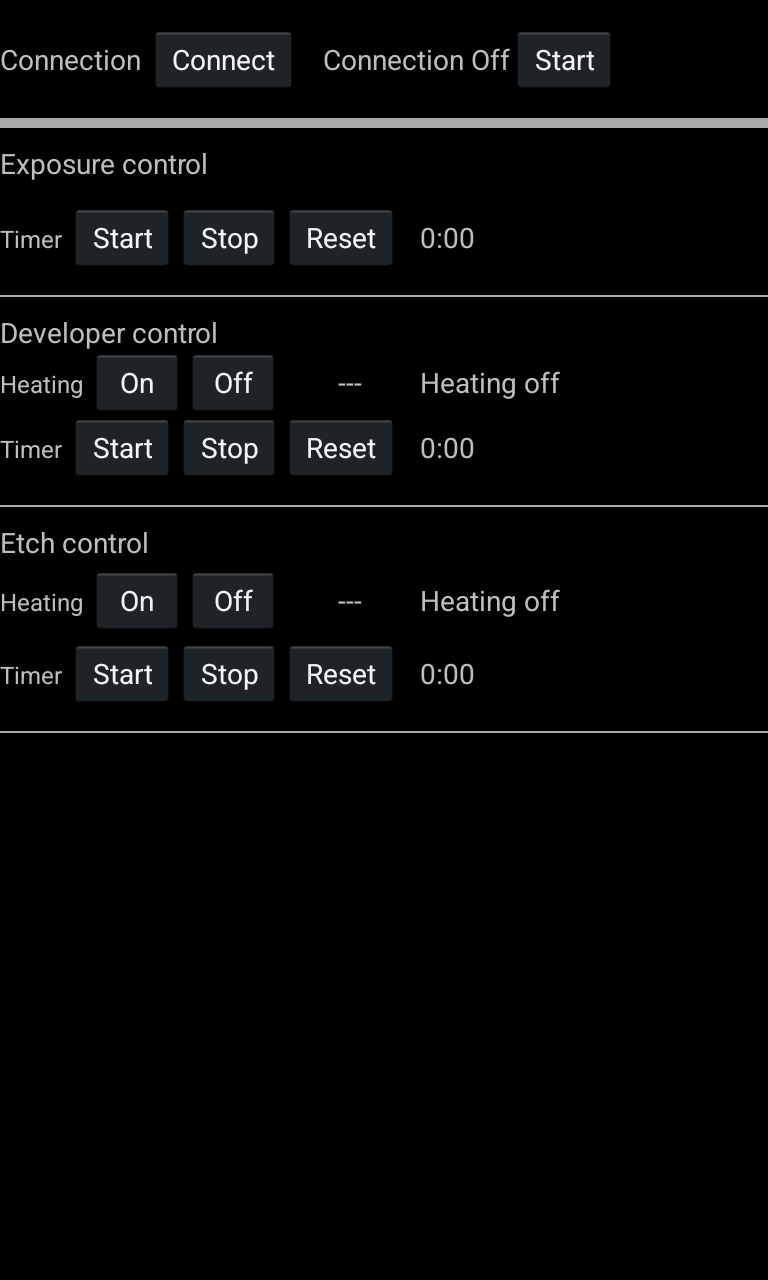
Repository: elbojvv/AndroidIO-apps
Layout: EtchControl/EtchControl/res/layout/activity_main.xml
These files come from the project's save history. The layout is drawn as it stood at one moment and after the next save; the edit follows.
It is drawn on a 768 x 1280 px phone screen (xhdpi) without system bars, with theme android:Theme.Holo; the app's code is not run.

Above is the layout before, as saved 2015-06-25 19:27:49.

After the next save:
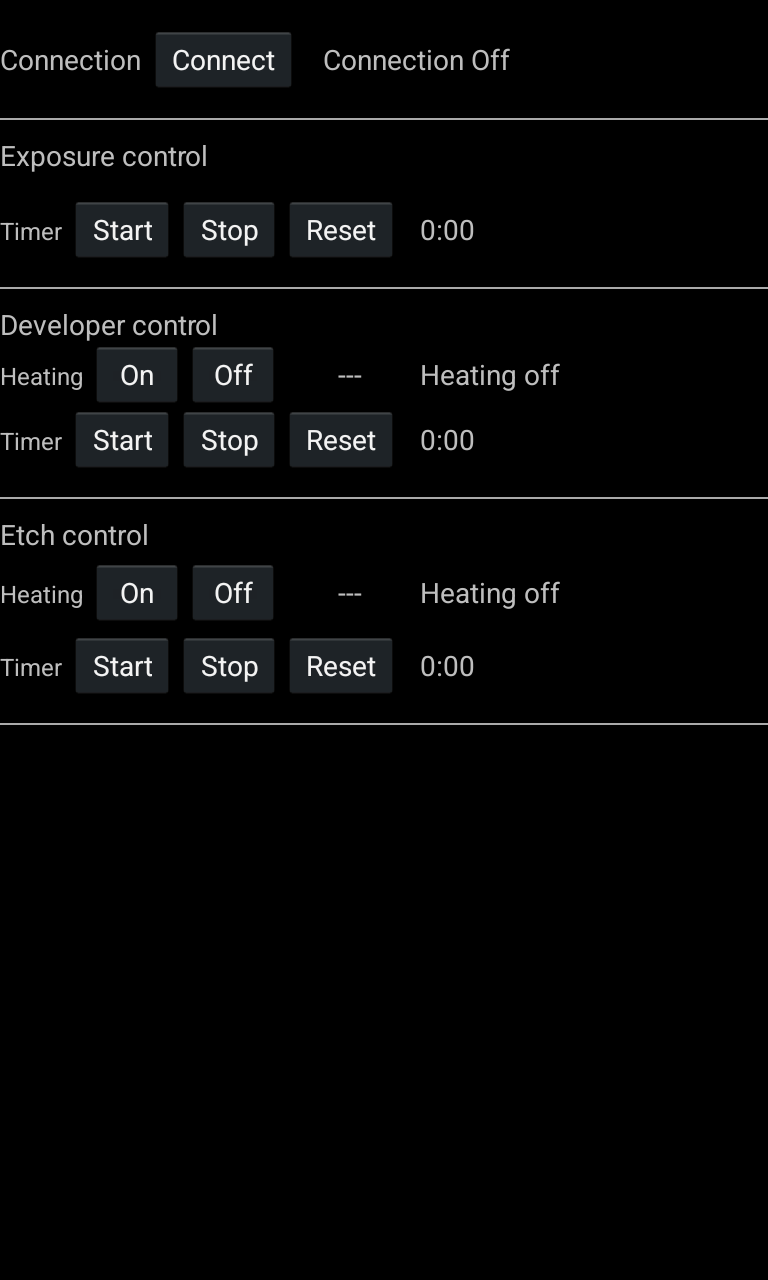
Saved 59 s later.
--- a/EtchControl/EtchControl/res/layout/activity_main.xml
+++ b/EtchControl/EtchControl/res/layout/activity_main.xml
@@ -25,8 +25,6 @@
         android:layout_alignBottom="@+id/idBTText"
         android:layout_toRightOf="@+id/idBTText"
         android:text="@string/connect" />
-
-
 
   	<TextView
 		android:id="@+id/idBTStatus"
@@ -39,24 +37,12 @@
         android:layout_toRightOf="@+id/idBTConnect"
         android:textAppearance="?android:attr/textAppearanceSmall" />
 
-     <Button
-        android:id="@+id/idExpTimerStart2"
-        style="?android:attr/buttonStyleSmall"
-        android:layout_width="wrap_content"
-        android:layout_height="wrap_content"
-		android:minHeight="0dp"
-        android:layout_alignBaseline="@+id/idBTStatus"
-        android:layout_alignBottom="@+id/idBTStatus"
-        android:layout_toRightOf="@+id/idBTStatus"
-        android:text="@string/start" />
-
-
   <!-- EXPOSURE CONTROL -->
 
     <View
         android:id="@+id/idSeperator1"
     	android:layout_width="fill_parent"
-    	android:layout_height="5dp"
+    	android:layout_height="1dp"
         android:layout_below="@+id/idBTText"
         android:layout_marginTop="20dp"
     	android:background="@android:color/darker_gray"/>
